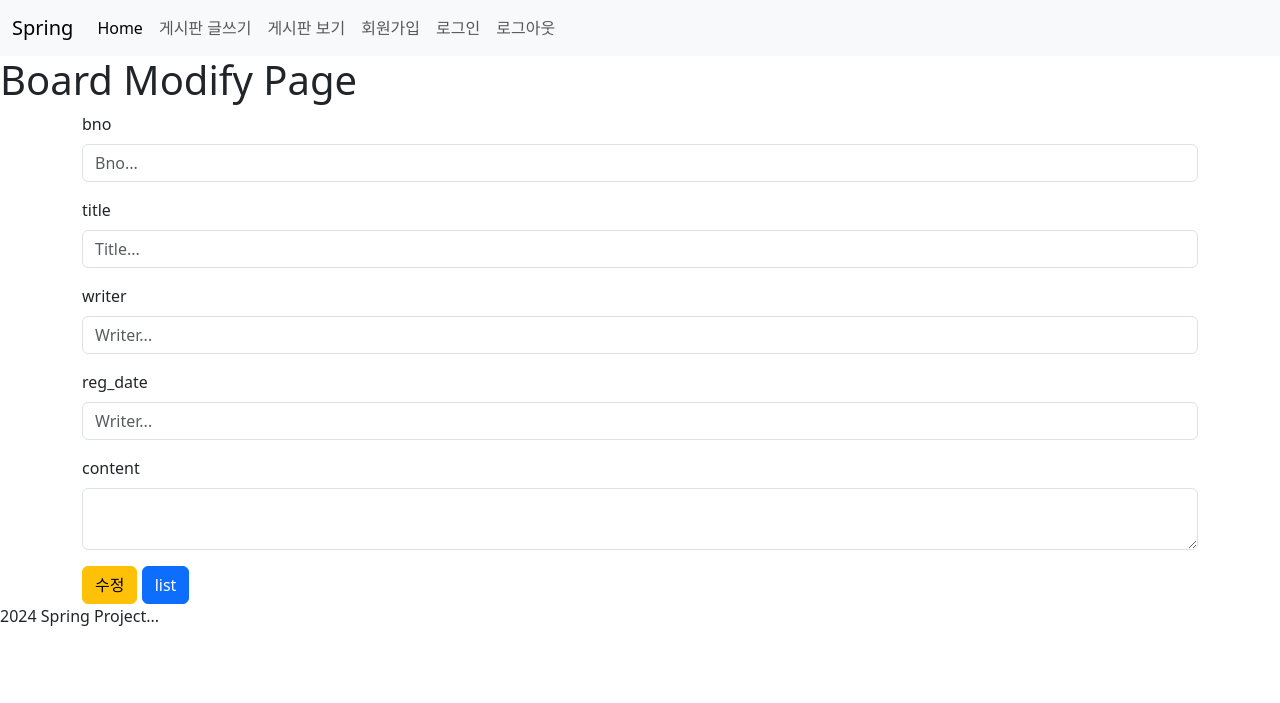
Repository: leechanggyu1118/Spring
Page: http://localhost/spring_study/WEB-INF/views/board/modify.jsp
The author's editor kept a copy of each file at every save. The page is drawn from the files as they stood at one save, then again after the next save.
The browser window is 1280 px wide. The pictures show the whole page.
The page is served by Tomcat 9. Nobody is signed in. The template is opened directly, without the code that normally fills it, so the values that code supplies are empty.

Above is the page before, as saved 2024-04-24 06:14:26.

After the next save:
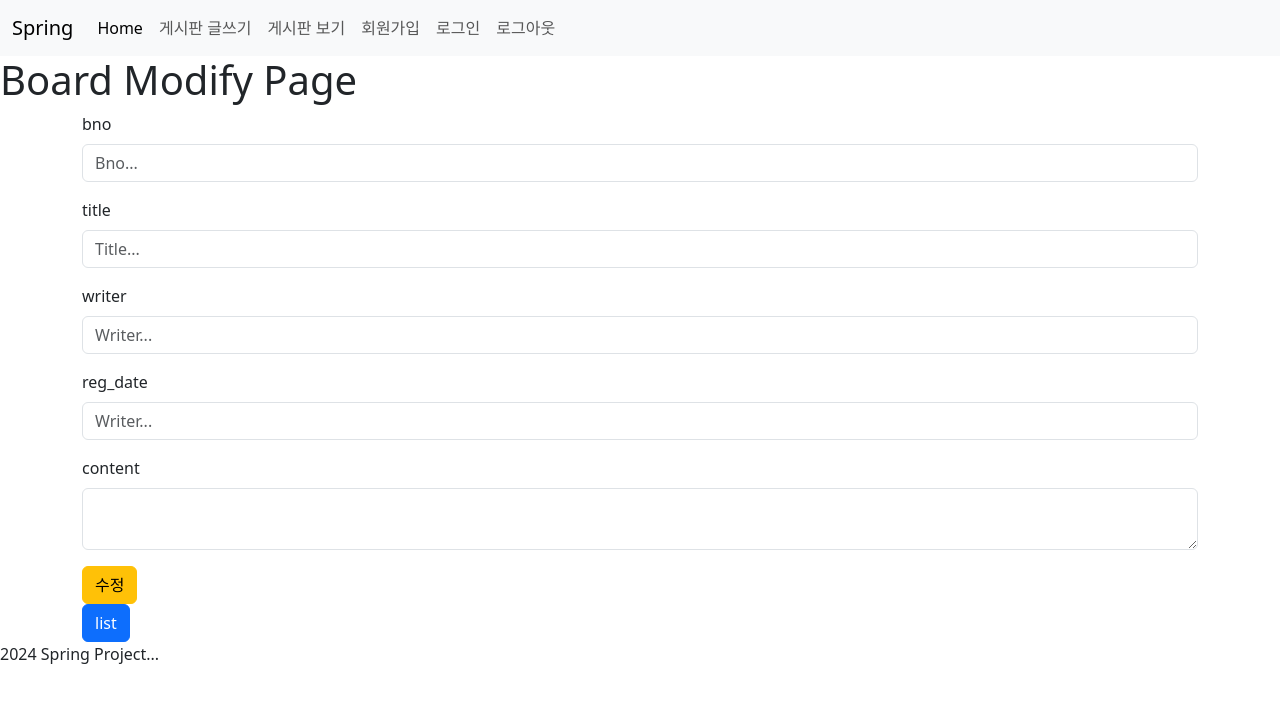
Saved 24 s later.
--- a/spring_study/src/main/webapp/WEB-INF/views/board/modify.jsp
+++ b/spring_study/src/main/webapp/WEB-INF/views/board/modify.jsp
@@ -30,10 +30,10 @@
 				<textarea class="form-control" id="c" name="content" aria-label="With textarea" >${bvo.content }</textarea>
 			</div>
 
-			<a><button type="button" class="btn btn-warning">수정</button></a>
+			<a><button type="submit" class="btn btn-warning">수정</button></a>
 
+		</form>
 			<a><button type="button" class="btn btn-primary">list</button></a>
-		</form>
 	</div>
 
 		<jsp:include page="../layout/footer.jsp"></jsp:include>
